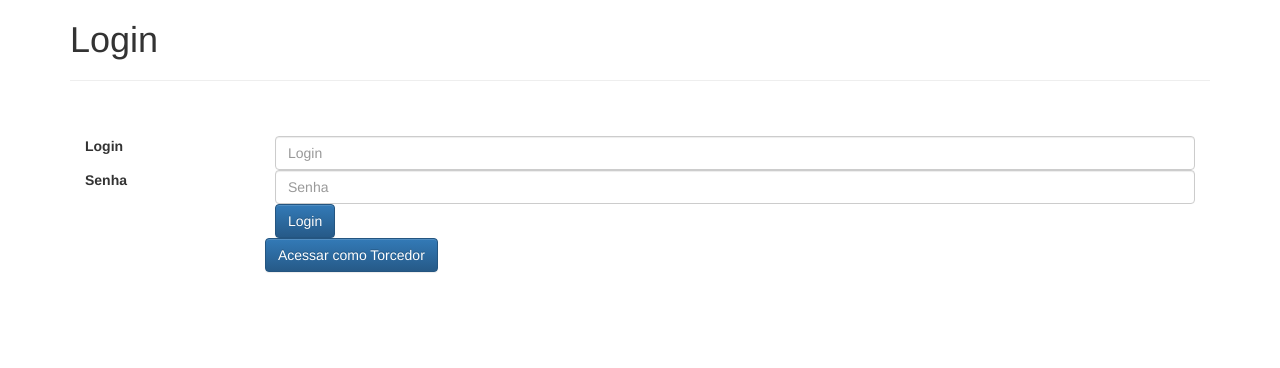
Repository: ProjetoBlocoInfnet/projeto-carnaval
Page: http://localhost/ProjetoCarnaval_Exemplo01/login
The author's editor kept a copy of each file at every save. The page is drawn from the files as they stood at one save, then again after the next save.
The browser window is 1280 px wide. The pictures show the whole page.
Some web libraries are served in a nearby version. The page is served by Tomcat 9. Other server files are loaded and not shown.

Above is the page before, as saved 2015-05-14 02:05:21.

### ProjetoCarnaval_Exemplo01/WebContent/index.jsp
<%@ page language="java" contentType="text/html; charset=ISO-8859-1"
    pageEncoding="ISO-8859-1"%>
<!DOCTYPE html PUBLIC "-//W3C//DTD HTML 4.01 Transitional//EN" "http://www.w3.org/TR/html4/loose.dtd">
<html>
<head>
<title>Projeto Carnaval</title>
<meta http-equiv="Content-Type" content="text/html; charset=UTF-8">
<meta name="viewport" content="width=device-width, initial-scale=1">
	<!-- Latest compiled and minified CSS -->
	<link rel="stylesheet" href="https://maxcdn.bootstrapcdn.com/bootstrap/3.3.4/css/bootstrap.min.css">

	<!-- Optional theme -->
	<link rel="stylesheet" href="https://maxcdn.bootstrapcdn.com/bootstrap/3.3.4/css/bootstrap-theme.min.css">

	<!-- Latest compiled and minified JavaScript -->
	<script src="https://ajax.googleapis.com/ajax/libs/jquery/2.1.3/jquery.min.js"></script>
	<script src="https://maxcdn.bootstrapcdn.com/bootstrap/3.3.4/js/bootstrap.min.js"></script>
	<script src="http://ajax.googleapis.com/ajax/libs/jqueryui/1.11.4/jquery-ui.min.js"></script>

</head>
<body>



<div class="container">

	<div>
	<h1>Login</h1>
	</div>
	<hr/>
	<br>

	<%
	if(request.getAttribute("resultado") != null){%>
		<div class="alert alert-danger" role="alert">
		<button type="button" class="close" data-dismiss="alert" aria-label="Close"><span aria-hidden="true">&times;</span></button>
		<strong><%=request.getAttribute("resultado") %></strong></div>
	<% }else if (request.getAttribute("logout") != null){%>
		<div class="alert alert-info" role="alert">
		<button type="button" class="close" data-dismiss="alert" aria-label="Close"><span aria-hidden="true">&times;</span></button>
		<strong><%=request.getAttribute("logout") %></strong></div>
	<% } %>

	<form action="Login" method="post">
		  <div class="form-group">
		    <label for="login" class="col-sm-2 control-label">Login</label>
		    <div class="col-sm-10">
		      <input type="text" name="login" class="form-control" id="login" placeholder="Login">
		    </div>
		  </div>
		  <div class="form-group">
		    <label for="senha" class="col-sm-2 control-label">Senha</label>
		    <div class="col-sm-10">
		      <input type="password" name="senha" class="form-control" id="senha" placeholder="Senha">
		    </div>
		  </div>


		  <div class="form-group">
		    <div class="col-sm-offset-2 col-sm-10">
		      <button type="submit" class="btn btn-primary">Login</button>
		    </div>
		  </div>
	</form>

	<form action="ControlaTorcedor" method="post" class="form-horizontal" >
			<div class="form-group">
		    <div class="col-sm-offset-2 col-sm-10">
		      <button type="submit" class="btn btn-primary">Acessar como Torcedor</button>
		    </div>
		  </div>
	</form>


</div>
</body>
</html>

### ProjetoCarnaval_Exemplo01/src/controle/Login.java
package controle;

import java.io.IOException;

import javax.servlet.ServletException;
import javax.servlet.annotation.WebServlet;
import javax.servlet.http.HttpServlet;
import javax.servlet.http.HttpServletRequest;
import javax.servlet.http.HttpServletResponse;
import javax.servlet.http.HttpSession;

import negocio.Usuario;
import dao.UsuarioDAO;

@WebServlet("/login")
public class Login extends HttpServlet {

	private static final long serialVersionUID = 5480054916620773263L;

	private HttpSession session = null;

	protected void doPost(HttpServletRequest request, HttpServletResponse response) throws ServletException, IOException {

		String login = request.getParameter("login");
		String senha = request.getParameter("senha");

		session = request.getSession();

		Usuario usuario = (Usuario) new UsuarioDAO().obterUsuario(login,senha);


		if (usuario == null){
			System.out.println("usuário inexistente");
			request.setAttribute("resultado", "Usuário inexistente");
			request.getRequestDispatcher("index.jsp").forward(request, response);
		}
		else{
			session.setAttribute("usuario", usuario);
			request.getRequestDispatcher( usuario.getPerfil().indexPage ).forward(request, response);
		}
	}
}

After the next save:
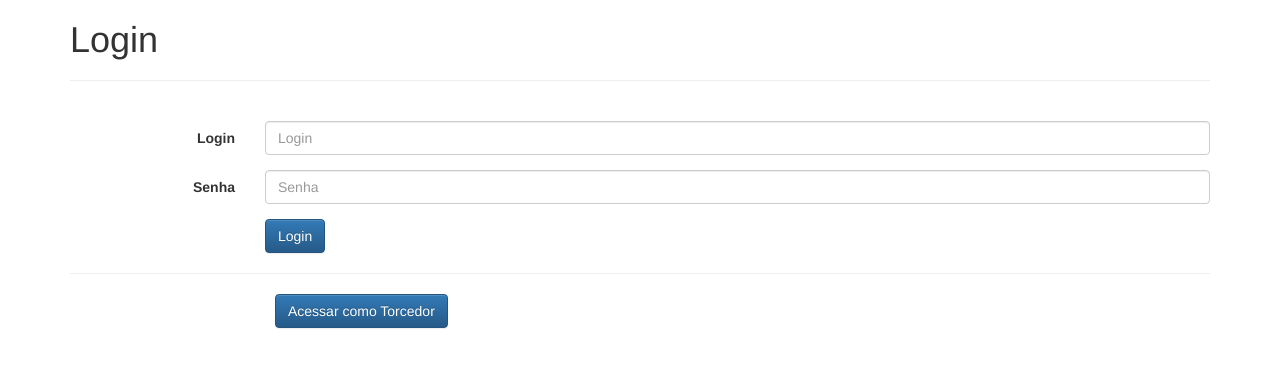
Saved 18 s later.
--- a/ProjetoCarnaval_Exemplo01/WebContent/index.jsp
+++ b/ProjetoCarnaval_Exemplo01/WebContent/index.jsp
@@ -41,7 +41,7 @@
 		<strong><%=request.getAttribute("logout") %></strong></div>
 	<% } %>
 
-	<form action="Login" method="post">
+	<form class="form-horizontal" action="Login" method="post">
 		  <div class="form-group">
 		    <label for="login" class="col-sm-2 control-label">Login</label>
 		    <div class="col-sm-10">
@@ -62,8 +62,8 @@
 		    </div>
 		  </div>
 	</form>
-
-	<form action="ControlaTorcedor" method="post" class="form-horizontal" >
+	<hr>
+	<form action="ControlaTorcedor" method="post"  >
 			<div class="form-group">
 		    <div class="col-sm-offset-2 col-sm-10">
 		      <button type="submit" class="btn btn-primary">Acessar como Torcedor</button>
